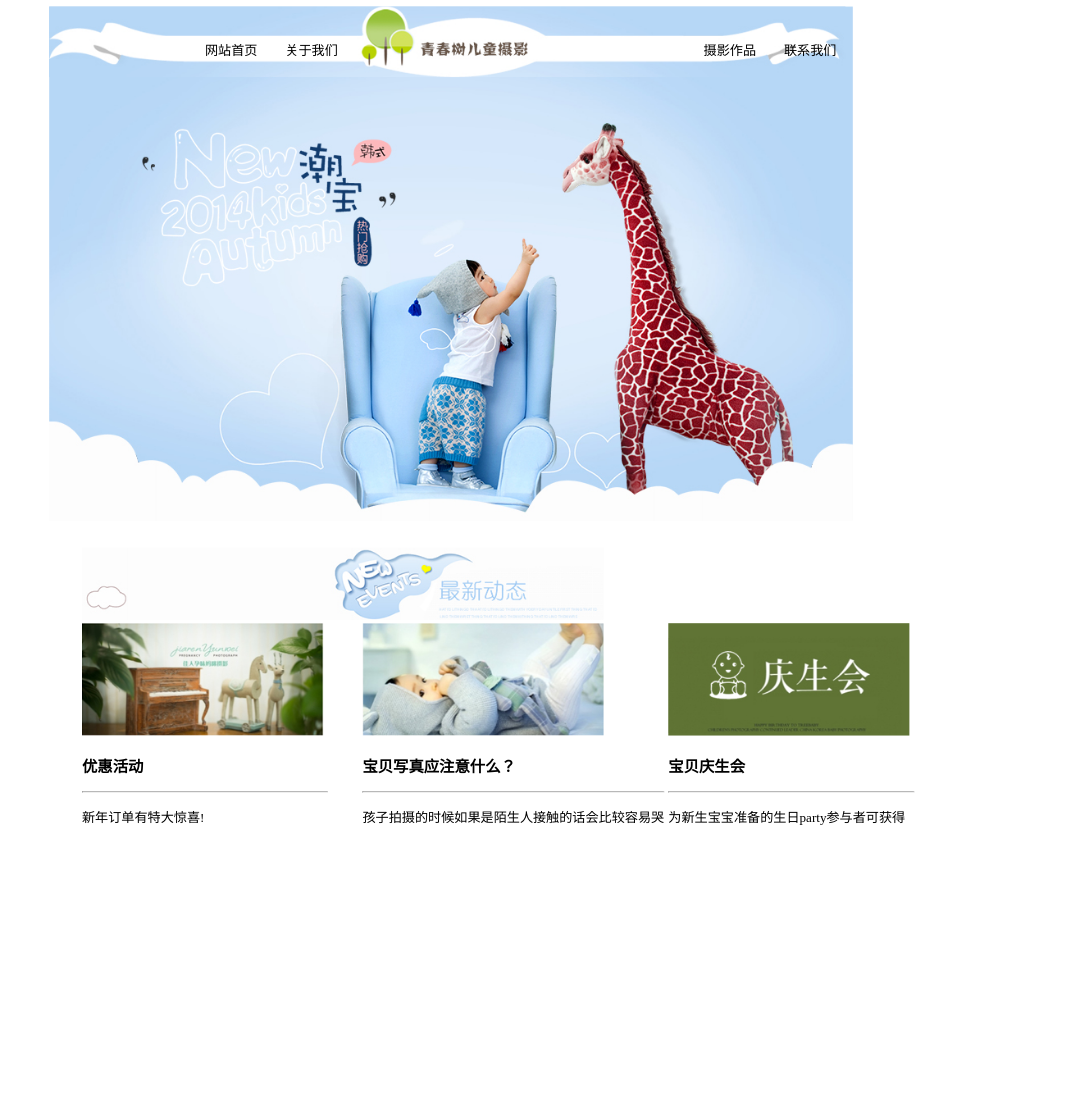
Repository: kxl666/kxl-Html
Page: 05.1.第五节任务(儿童摄影网)/index.html
These files come from the project's save history. The page is drawn as it stood at one moment and after the next save; the edit follows.
The browser window is 1280 px wide. The page is 1320 px wide, so the pictures cover 1320 px, including what lies to the right of the window. The pictures show the whole page, at 82% of full size.

Above is the page before, as saved 2021-09-16 21:49:48.

### 05.1.第五节任务(儿童摄影网)/index.html
<!DOCTYPE html>
<html lang="en">

<head>
    <meta charset="UTF-8">
    <meta http-equiv="X-UA-Compatible" content="IE=edge">
    <meta name="viewport" content="width=device-width, initial-scale=1.0">
    <title>Document</title>
    <link rel="stylesheet" href="style.css">
</head>

<body>
    <div class="content">
        <div class="header">
            <div class="dh">
                <div class="op">
                    <span>网站首页</span>
                    <span>关于我们</span>
                </div>
                <div class="po">
                    <span>摄影作品</span>
                    <span>联系我们</span>
                </div>
            </div>
        </div>

        <div class="midder">
            <img src="img/dongtai.jpg">
            <div class="dt">
                <span>
                    <img src="img/news1.jpg">
                    <h3>优惠活动</h3>
                    <hr>
                    <p>新年订单有特大惊喜!</p>
                </span>
                <span>
                    <img src="img/news2.jpg">
                    <h3>宝贝写真应注意什么？</h3>
                    <hr>
                    <p>孩子拍摄的时候如果是陌生人接触的话会比较容易哭<br>

                    </p>
                </span>
                <span>
                    <img src="img/news3.jpg">
                    <h3>宝贝庆生会</h3>
                    <hr>
                    <p>为新生宝宝准备的生日party参与者可获得<br>
                    </p>
                </span>
            </div>
        </div>

        <div class="footer">

        </div>
    </div>
</body>

</html>

### 05.1.第五节任务(儿童摄影网)/style.css
.content {}

.header {
    margin: 0 auto;
    height: 660px;
    width: 1160px;
    background: url(img/bg.jpg) no-repeat;
    /* background-size:940px 570px; */
}



.dh {
    margin: 0 auto;
    background: url(img/nav.jpg) no-repeat;
    padding: 40px 0 0 120px;
    height: 46px;
    width: 1140px;
    /* margin-top: 10px;  */
}

.dh span {
    height: 10px;
    /* margin-top: 1px; */
    /* line-height: 10px; */
    padding-left: 30px;
}

.op {
    float: left;
    margin: 0 40px 0 40px;
}

.po {
    float: right;
    margin-right: 300px;
}

.midder {
    height: 660px;
    width: 1080px;
    margin: 0 auto;
}

.dt {
    width: 1160px;
}

.dt span {
    /* float: left; */
    display: inline-block;

}

.dt span:first-child {
    width: 300px;
    height: 200px;
    padding-right: 38px;
}

.dt span:nth-child(3) {
    width: 300px;
    height: 00px;
    padding-left:1px;
}

After the next save:
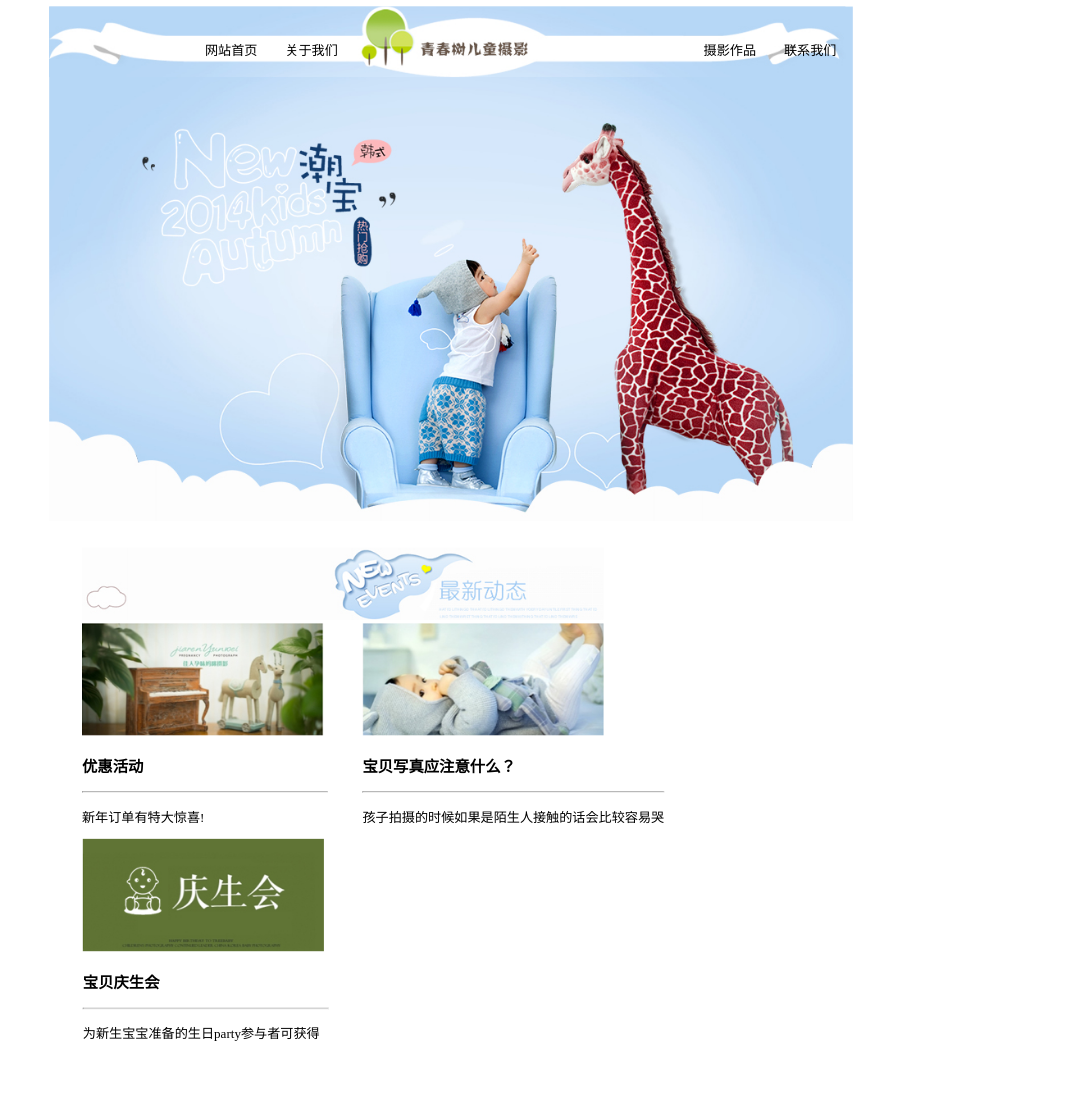
Saved 16 s later.
--- a/05.1.第五节任务(儿童摄影网)/style.css
+++ b/05.1.第五节任务(儿童摄影网)/style.css
@@ -43,7 +43,7 @@
 }
 
 .dt {
-    width: 1160px;
+    width: 1000px;
 }
 
 .dt span {

After the save that followed:
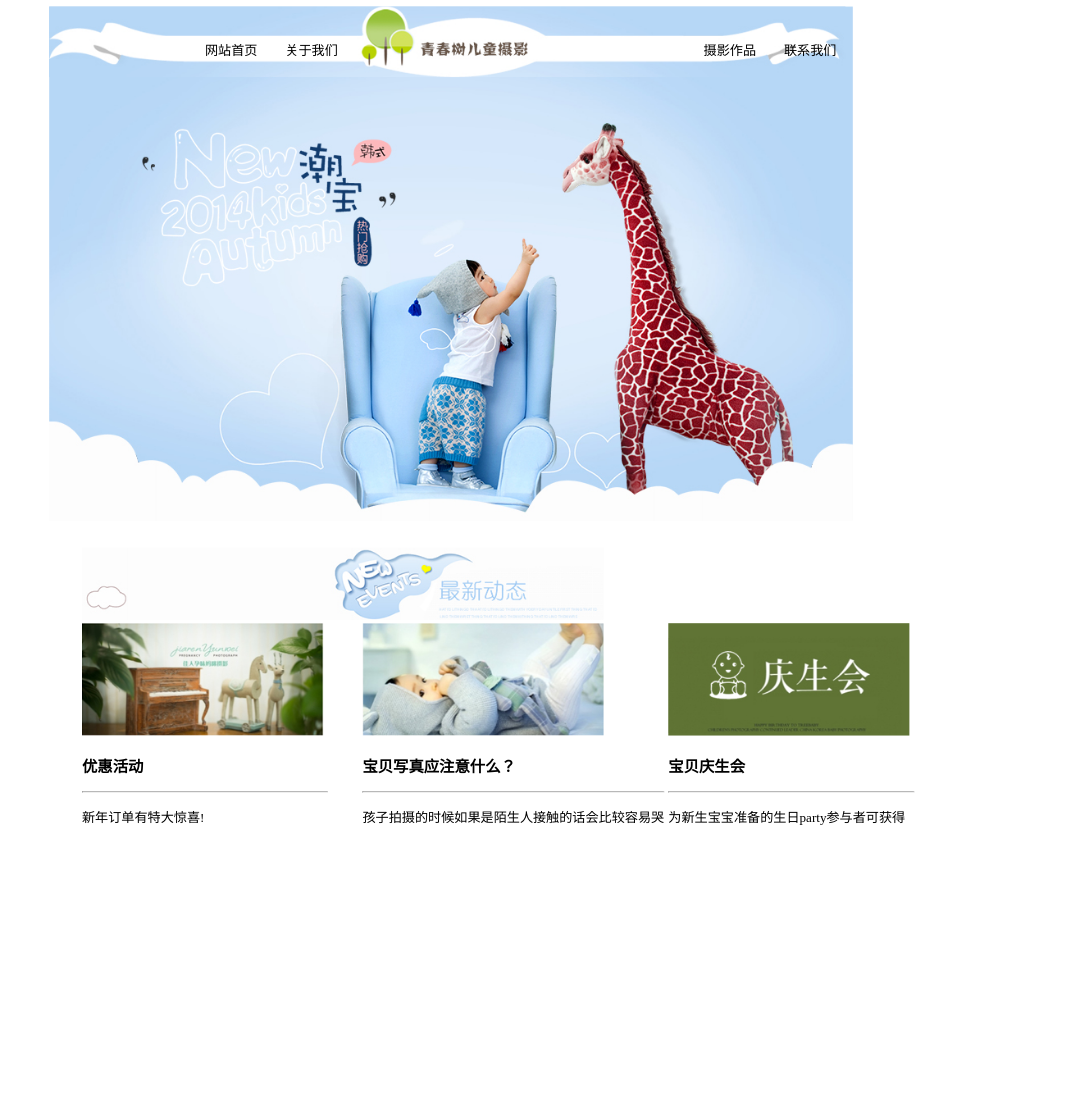
Saved 8 s later.
--- a/05.1.第五节任务(儿童摄影网)/style.css
+++ b/05.1.第五节任务(儿童摄影网)/style.css
@@ -43,7 +43,7 @@
 }
 
 .dt {
-    width: 1000px;
+    width: 1080px;
 }
 
 .dt span {
